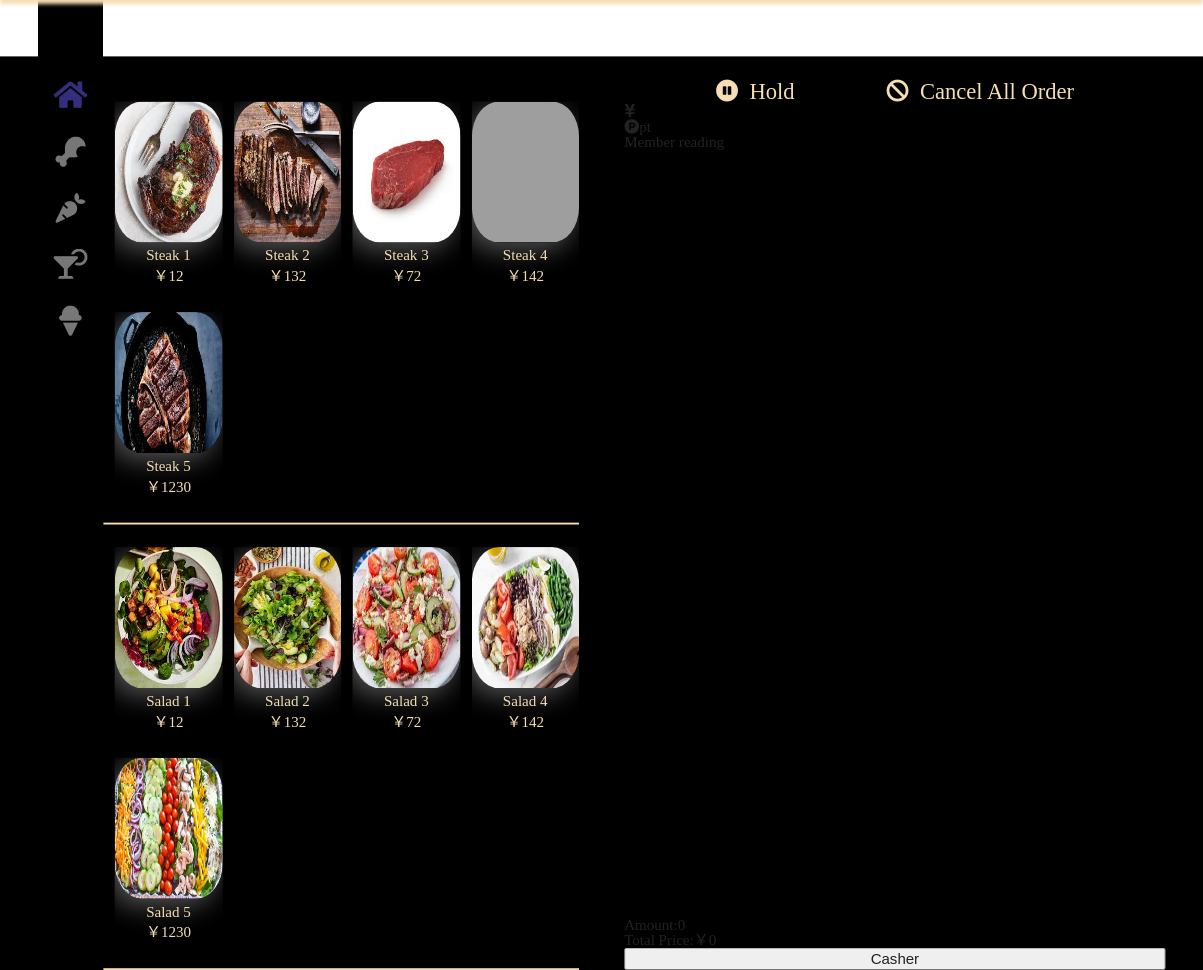
Repository: vuhungson158/Menu
Page: /
An editor plug-in stored every save of this project. The page is shown before and after the next save, followed by the edit.
The browser window is 1280 px wide. The pictures show the whole page, at 94% of full size.
Pictures or frames that could not be fetched are drawn as grey boxes. The project was rebuilt for these pictures with package versions that can differ from the ones it lists, and the page was loaded fresh each time. Also part of the build but not shown: src/component/mainMenu/orderBlock/orderContent/OrderedItem.jsx, src/redux-store/actions/HoldActions.jsx, src/component/mainMenu/orderBlock/utilities/HoldItem.jsx.

Above is the page before, as saved 2021-08-22 10:17:48.

After the next save:
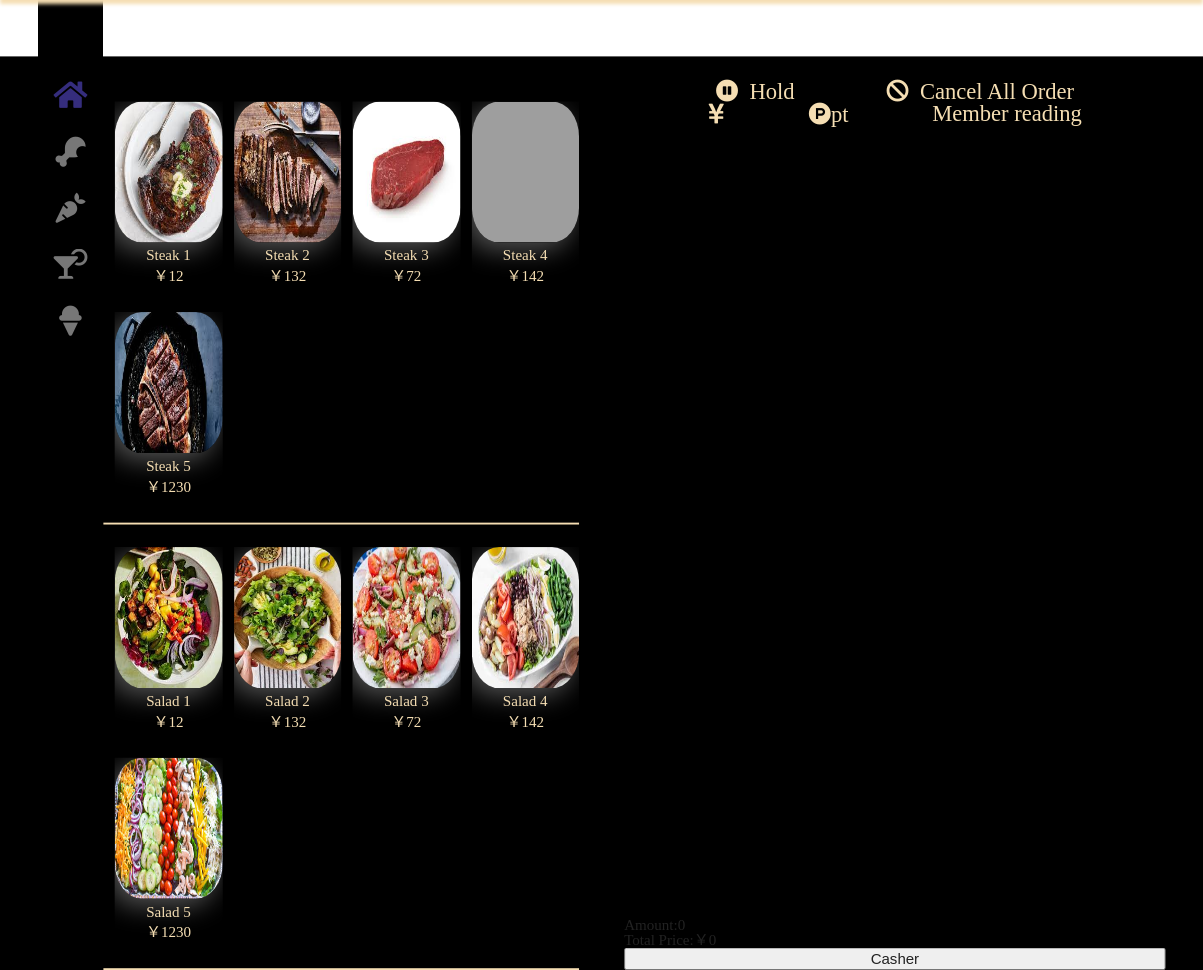
Saved 42 s later.
--- a/src/styles/App.scss
+++ b/src/styles/App.scss
@@ -259,7 +259,8 @@ body {
             #order-block {
                 display: flex;
                 flex-direction: column;
-                #utilities {
+                #utilities,
+                #member-info {
                     position: relative;
                     display: flex;
                     color: $color_1st;
